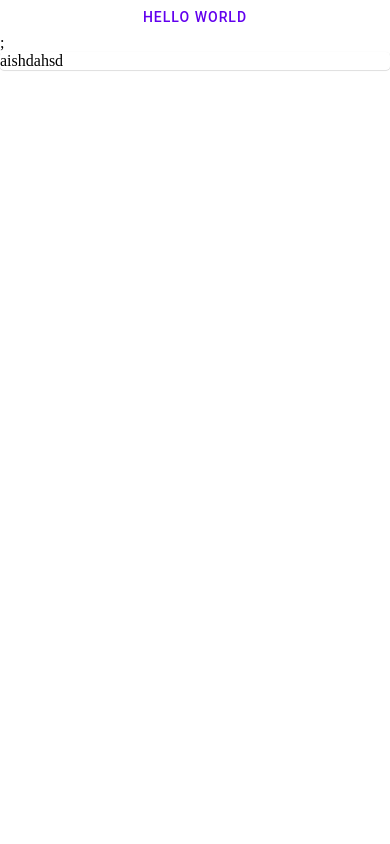
Repository: pascalgrim/GymTracker
Screen: /
An editor plug-in stored every save of this project. The screen is shown before and after the next save, followed by the edit.
The app was drawn by React Native's web renderer in a window 390 px wide. The project was rebuilt for these pictures with package versions that can differ from the ones it lists, and the page was loaded fresh each time. Also part of the build but not shown: components/menuCard.js, components/Dashboard.js, firebase.js, context/AuthContext.js.

Above is the screen before, as saved 2021-11-04 21:08:55.

### App.js
import { StatusBar } from "expo-status-bar";
import React from "react";
import {
  Button,
  StyleSheet,
  Text,
  View,
  TouchableOpacity,
  Image,
  SafeAreaView,
} from "react-native";
import MenuCard from "./components/menuCard";

// LOGOS
import mainLogo from "./imgs/mainLogo.png";
import SettingsIcon from "./imgs/mainSettings.png";

// ICONS FOR CARDS
import IconSessions from "./imgs/schreibe-brief.png";
import Dashboard from "./components/Dashboard";
import Signup from "./components/Signup";

export default function App() {
  return (
    <View >
      {/* <Dashboard/> */}
      <Signup/>

      <StatusBar style="auto" />
    </View>
  );
}

const styles = StyleSheet.create({
  container: {
    flex: 1,
    backgroundColor: "#131321",
    paddingLeft: 20,
    paddingRight: 20,
    paddingTop: 30,
    paddingBottom: 20,
  },
});

### components/Signup.js
import React from 'react'
import {Card, Button,TextField,Alert} from 'react-native-paper';
import { useRef ,useState} from 'react'
import { Link,Route,BrowserRouter as Router,Routes } from 'react-router-dom';
// import Button from '@mui/material/Button';
import {useAuth} from "../context/AuthContext"

export default function Signup() {
    const emailRef = useRef()
    const passwordRef = useRef()
    const passwordConfirmRef = useRef()
    const signup = useAuth()
    const [error,setError] = useState("")
    const [loading,setLoading] = useState(false)

    async function handleSubmit(e){
        e.preventDefault()
        console.log((passwordRef.current.value).length)

        if (passwordRef.current.value !== passwordConfirmRef.current.value){
            return setError("Passwords do not match.")
        }
        else if ((passwordRef.current.value).length < 6){
            return setError("Passwords must have at least 6 characters.")
        }
        try{
            setError("")
            setLoading(true)
            await signup(emailRef.current.value,passwordRef.current.value)
            history.push("/")
        }catch{
            setError("Failed to create an Account.")
        }
        setLoading(false)


    }
    return (
        <div>
        <Button variant="contained">Hello World</Button>;
        <Card>aishdahsd</Card>

        </div>

    )
}

After the next save:
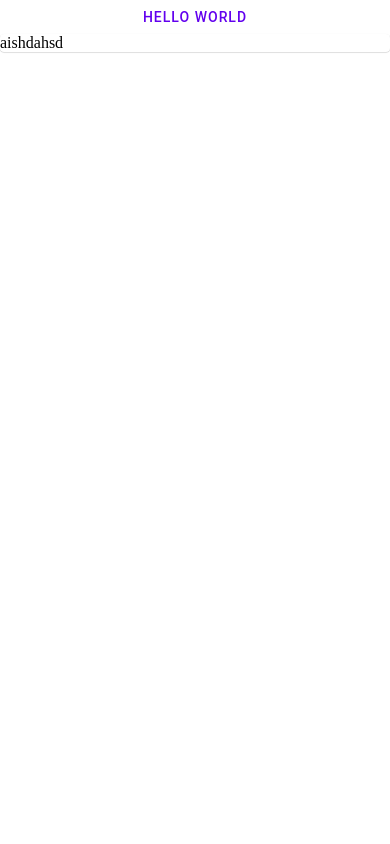
Saved 9 s later.
--- a/components/Signup.js
+++ b/components/Signup.js
@@ -37,7 +37,7 @@ export default function Signup() {
     }
     return (
         <div>
-        <Button variant="contained">Hello World</Button>;
+        <Button variant="contained">Hello World</Button>
         <Card>aishdahsd</Card>
 
         </div>
